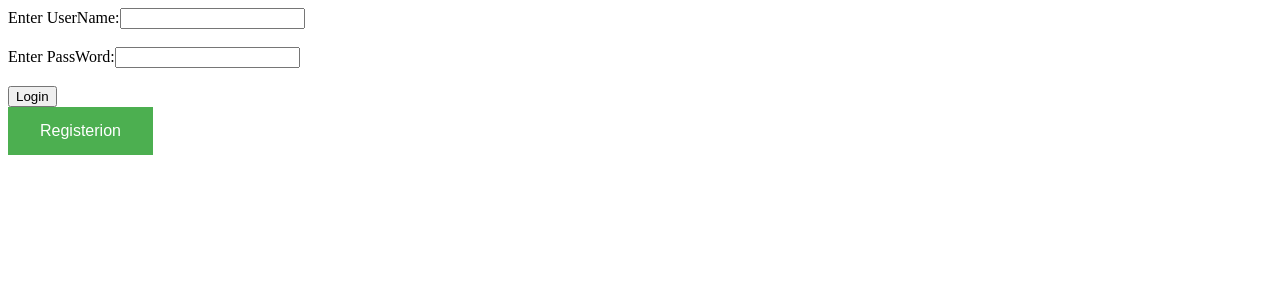
Repository: srikanthModugu/jdbc-servlet-jsp
Page: SutudentRegistration/WebContent/LoginPage.html
These files come from the project's save history. The page is drawn as it stood at one moment and after the next save; the edit follows.
The browser window is 1280 px wide. The pictures show the whole page.

Above is the page before, as saved 2017-10-02 13:34:46.

### SutudentRegistration/WebContent/LoginPage.html
<!DOCTYPE html>
<html>
<head>
<style type="text/css">
.button {
    background-color: #4CAF50; /* Green */
    border: none;
    color: white;
    padding: 15px 32px;
    text-align: center;
    text-decoration: none;
    display: inline-block;
    font-size: 16px;
}
</style>
<meta charset="UTF-8">
<title>Insert title here</title>
</head>

<body>
<form action="login" method="get">
Enter UserName:<input type="text" name="Uname"/><br><br>
Enter PassWord:<input type="text" name="passWord"/><br><br>
 <input type="submit" value="Login"/><br>
  <button class="button" type="submit" formaction="/action_page2.php">Registerion</button>

</form>

</body>
</html>

After the next save:
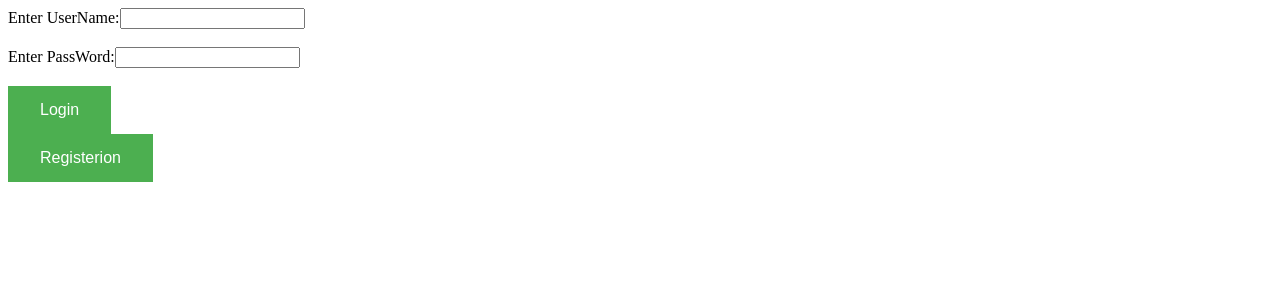
Saved 25 s later.
--- a/SutudentRegistration/WebContent/LoginPage.html
+++ b/SutudentRegistration/WebContent/LoginPage.html
@@ -21,7 +21,7 @@
 <form action="login" method="get">
 Enter UserName:<input type="text" name="Uname"/><br><br>
 Enter PassWord:<input type="text" name="passWord"/><br><br>
- <input type="submit" value="Login"/><br>
+ <input class="button" type="submit" value="Login"/><br>
   <button class="button" type="submit" formaction="/action_page2.php">Registerion</button>
 
 </form>
